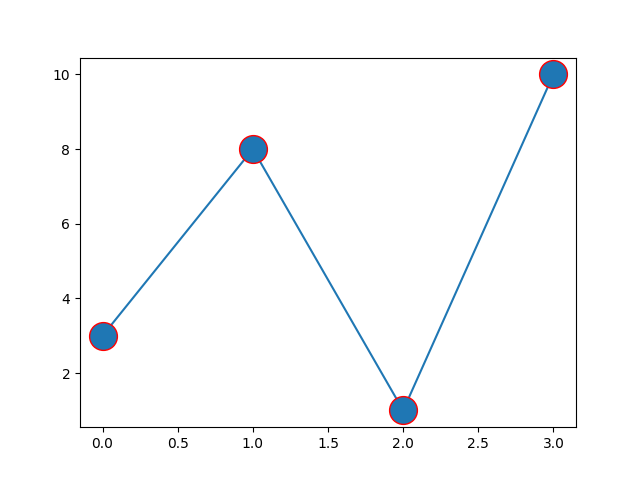
Repository: rupeshkofficial/Python-Code
Script's output: python MATPLOTLIB/3_matplotlibmarkers.py
An editor plug-in stored every save of this project. The script's output is shown before and after the next save, followed by the edit.
Random numbers start from a fixed seed.

Above is the script's output before, as saved 2024-05-22 14:59:58.

After the next save:
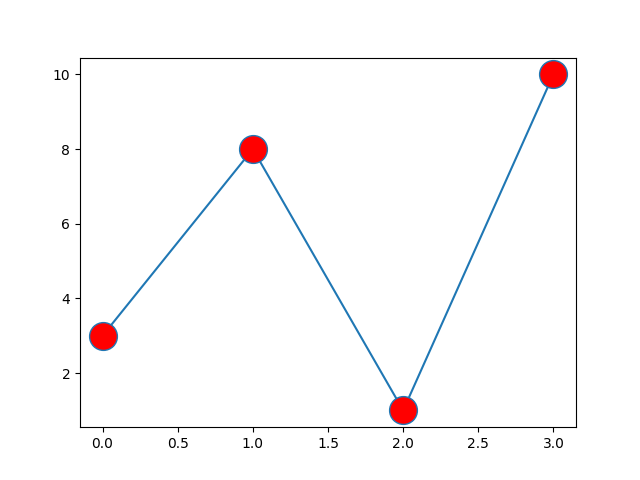
Saved 10 s later.
--- a/MATPLOTLIB/3_matplotlibmarkers.py
+++ b/MATPLOTLIB/3_matplotlibmarkers.py
@@ -19,5 +19,5 @@
 import matplotlib.pyplot as plt
 import numpy as np
 ypoints = np.array([3,8,1,10])
-plt.plot(ypoints, marker = 'o', ms = 20, mec = 'r')
+plt.plot(ypoints, marker = 'o', ms = 20, mfc = 'r')
 plt.show()
